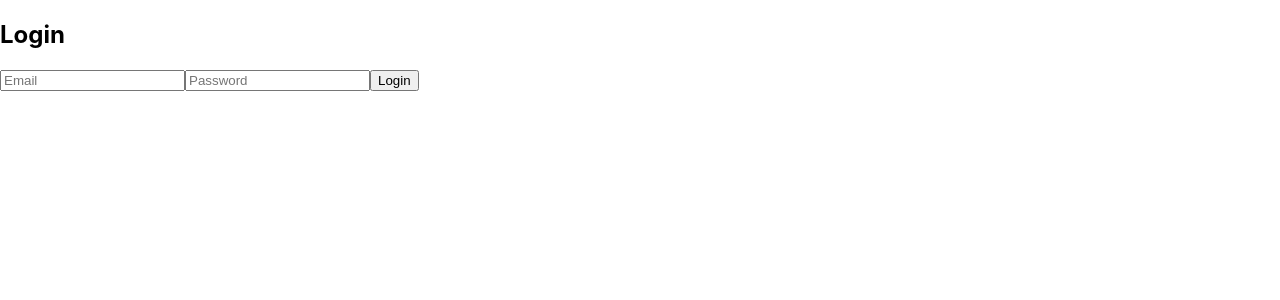
Repository: GowrishankarSMenon/jobTracker
Page: /login (app in job-tracker/client/)
These files come from the project's save history. The page is drawn as it stood at one moment and after the next save; the edit follows.
The browser window is 1280 px wide. The pictures show the whole page.
The project was rebuilt for these pictures with package versions that can differ from the ones it lists, and the page was loaded fresh each time. Also part of the build but not shown: job-tracker/client/src/pages/Signup.js, job-tracker/client/src/pages/Home.js.

Above is the page before, as saved 2024-12-28 00:18:57.

### job-tracker/client/src/index.js
import React from 'react';
import ReactDOM from 'react-dom/client';
import './index.css';
import App from './App';
import reportWebVitals from './reportWebVitals';
import {BrowserRouter} from 'react-router-dom';

const root = ReactDOM.createRoot(document.getElementById('root'));
root.render(
  <BrowserRouter>
  <React.StrictMode>
    <App />
  </React.StrictMode>
  </BrowserRouter>
);

// If you want to start measuring performance in your app, pass a function
// to log results (for example: reportWebVitals(console.log))
// or send to an analytics endpoint. Learn more: https://bit.ly/CRA-vitals
reportWebVitals();

### job-tracker/client/src/App.js
import React from 'react';
import { Routes, Route } from 'react-router-dom';
import { Auth0Provider } from '@auth0/auth0-react';
import Home from './pages/Home';
import Login from './pages/Login';
import Signup from './pages/Signup';

const App = () => {
  return (
    <Auth0Provider
      domain="dev-yx51zo7bdgwb2h76.us.auth0.com"
      clientId="6yANjqkhGlke1mLDa5mfUaS9F5xllYwE"
      authorizationParams={{ redirect_uri: window.location.origin }}
    >
      <Routes>
        <Route path="/" element={<Home />} />
        <Route path="/login" element={<Login />} />
        <Route path="/signup" element={<Signup />} />
      </Routes>
    </Auth0Provider>
  );
};

export default App;

### job-tracker/client/src/pages/Login.js
import React, { useState } from 'react';
import axios from 'axios';

const Login = ({ setUser }) => {
  const [email, setEmail] = useState('');
  const [password, setPassword] = useState('');

  const handleSubmit = async (e) => {
    e.preventDefault();
    try {
      const response = await axios.post('/api/login', { email, password });
      setUser(response.data.user);  // Set the user data on successful login
      // Redirect or show a success message
    } catch (error) {
      console.error('Login error:', error);
      alert('Login failed');
    }
  };

  return (
    <div>
      <h2>Login</h2>
      <form onSubmit={handleSubmit}>
        <input
          type="email"
          placeholder="Email"
          value={email}
          onChange={(e) => setEmail(e.target.value)}
        />
        <input
          type="password"
          placeholder="Password"
          value={password}
          onChange={(e) => setPassword(e.target.value)}
        />
        <button type="submit">Login</button>
      </form>
    </div>
  );
};

export default Login;

Loaded but not shown: job-tracker/client/public/index.html (common file); job-tracker/client/src/index.css (common file); job-tracker/client/src/reportWebVitals.js (common file)

After the next save:
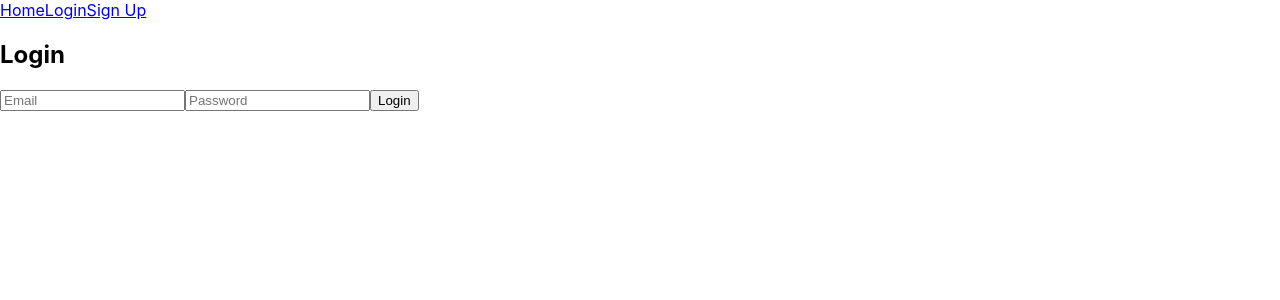
Saved 76 s later.
--- a/job-tracker/client/src/App.js
+++ b/job-tracker/client/src/App.js
@@ -1,21 +1,43 @@
-import React from 'react';
-import { Routes, Route } from 'react-router-dom';
-import { Auth0Provider } from '@auth0/auth0-react';
+import React, { useState } from 'react';
+import { Routes, Route, Link, useNavigate } from 'react-router-dom';
+import { Auth0Provider, useAuth0 } from '@auth0/auth0-react';
 import Home from './pages/Home';
 import Login from './pages/Login';
 import Signup from './pages/Signup';
 
 const App = () => {
+  const [user, setUser] = useState(null);
+  const navigate = useNavigate();
+
+  const logout = () => {
+    setUser(null); // Reset user data on logout
+    navigate('/login'); // Redirect to login page
+  };
+
   return (
     <Auth0Provider
       domain="dev-yx51zo7bdgwb2h76.us.auth0.com"
       clientId="6yANjqkhGlke1mLDa5mfUaS9F5xllYwE"
       authorizationParams={{ redirect_uri: window.location.origin }}
     >
+      <nav>
+        <Link to="/">Home</Link>
+        {user ? (
+          <>
+            <span>Welcome, {user.name}!</span>
+            <button onClick={logout}>Logout</button>
+          </>
+        ) : (
+          <>
+            <Link to="/login">Login</Link>
+            <Link to="/signup">Sign Up</Link>
+          </>
+        )}
+      </nav>
       <Routes>
-        <Route path="/" element={<Home />} />
-        <Route path="/login" element={<Login />} />
-        <Route path="/signup" element={<Signup />} />
+        <Route path="/" element={<Home user={user} />} />
+        <Route path="/login" element={<Login setUser={setUser} />} />
+        <Route path="/signup" element={<Signup setUser={setUser} />} />
       </Routes>
     </Auth0Provider>
   );
